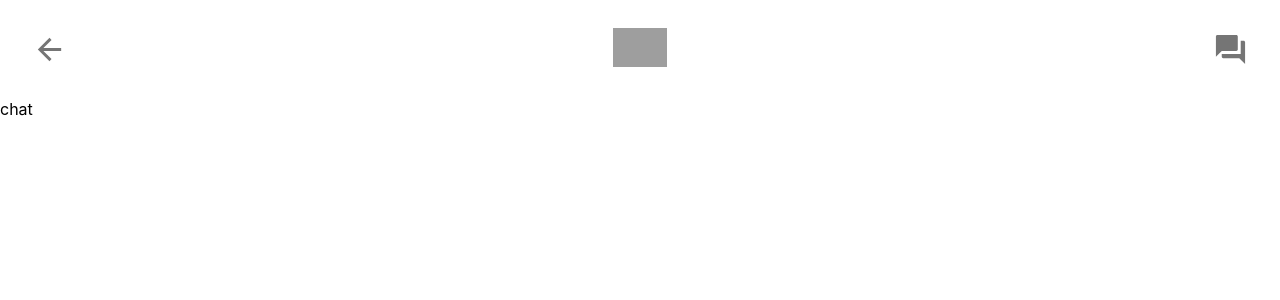
Repository: mminhaz93/React-Tinder-Clone
Page: /chat
The author's editor kept a copy of each file at every save. The page is drawn from the files as they stood at one save, then again after the next save.
The browser window is 1280 px wide. The pictures show the whole page.
Pictures or frames that could not be fetched are drawn as grey boxes. The page's requests for data from a server got no answer. The project was rebuilt for these pictures with package versions that can differ from the ones it lists, and the page was loaded fresh each time. No one was signed in, and anything a server would have sent is missing. Also part of the build but not shown: src/App.css, src/components/tinderCards/TinderCards.css, src/utils/firebase.js, src/components/tinderCards/TinderCards.js, src/components/swipeButtons/SwipeButtons.css, src/components/swipeButtons/SwipeButtons.js.

Above is the page before, as saved 2020-08-23 19:44:08.

### public/index.html
<!DOCTYPE html>
<html lang="en">
  <head>
    <meta charset="utf-8" />
    <meta name="viewport" content="width=device-width, initial-scale=1" />
    <meta name="theme-color" content="#000000" />
    <meta
      name="description"
      content="Web site created using create-react-app"
    />
    <title>React Tinder App</title>
  </head>
  <body>
    <noscript>You need to enable JavaScript to run this app.</noscript>
    <div id="root"></div>
  </body>
</html>

### src/App.js
import React from "react";
import "./App.css";
import { BrowserRouter as Router, Switch, Route } from "react-router-dom";
import Header from "./components/header/Header";
import TinderCards from "./components/tinderCards/TinderCards";
import SwipeButtons from "./components/swipeButtons/SwipeButtons";

function App() {
  return (
    <div className="App">
      <Router>
        <Header backButton="/"/>
        <Switch>
          <Route exact path="/">
            <TinderCards />
            <SwipeButtons />
          </Route>
        </Switch>
        <Switch>
          <Route path="/chat">chat</Route>
        </Switch>
      </Router>
    </div>
  );
}

export default App;

### src/components/header/Header.js
import React from "react";
import "./Header.css";
import { Person, Forum, ArrowBack } from "@material-ui/icons";
import { IconButton } from "@material-ui/core";
import { Link, useHistory } from "react-router-dom";

const Header = ({ backButton }) => {
  const history = useHistory();
  return (
    <div className="header">
      {backButton ? (
        <IconButton onClick={() => history.replace(backButton)}>
          <ArrowBack fontSize="large" className="headerIcon" />
        </IconButton>
      ) : (
        <IconButton>
          <Person className="headerIcon" fontSize="large" />
        </IconButton>
      )}
      <Link to="/">
        <img
          className="headerLogo"
          src="https://1000logos.net/wp-content/uploads/2018/07/tinder-logo.png"
          alt="logo"
        />
      </Link>
      <Link to="/chat">
        <IconButton>
          <Forum className="headerIcon" fontSize="large" />
        </IconButton>
      </Link>
    </div>
  );
};

export default Header;

### src/components/header/Header.css
.header {
  display: flex;
  align-items: center;
  justify-content: space-between;
}

.headerLogo {
  height: 40px;
  object-fit: contain;
}

.headerIcon{
    padding: 20px;
}

Loaded but not shown: src/index.js (common file); src/index.css (common file)

After the next save:
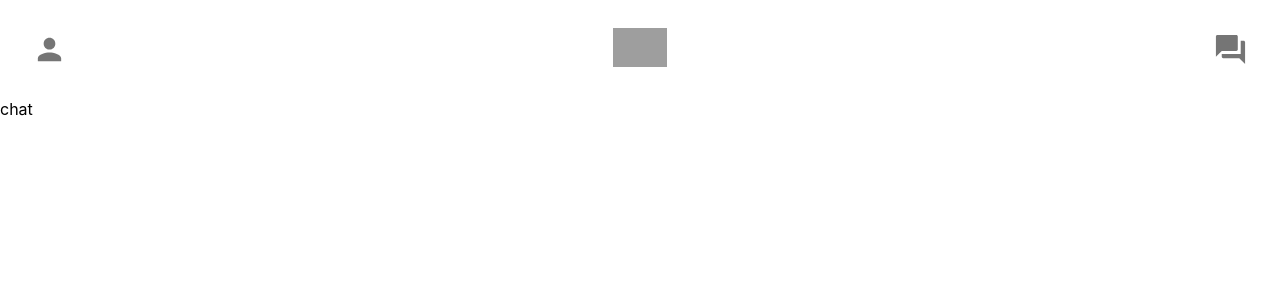
Saved 3 min 29 s later.
--- a/src/App.js
+++ b/src/App.js
@@ -9,7 +9,7 @@
   return (
     <div className="App">
       <Router>
-        <Header backButton="/"/>
+        <Header/>
         <Switch>
           <Route exact path="/">
             <TinderCards />

After the save that followed:
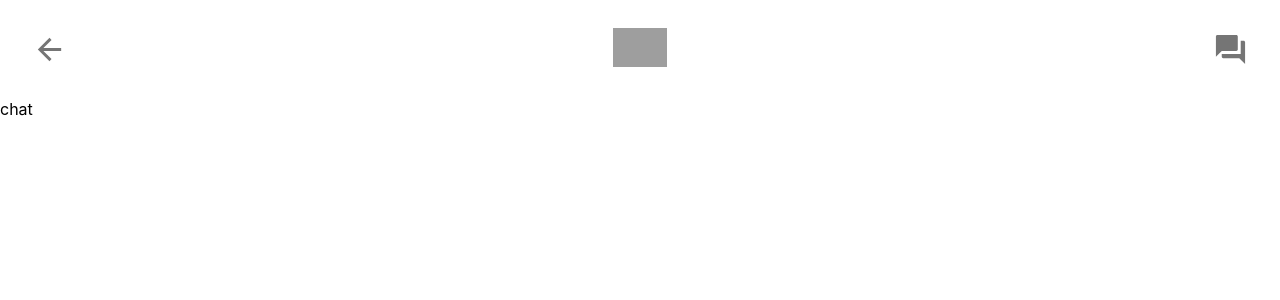
Saved 7 s later.
--- a/src/App.js
+++ b/src/App.js
@@ -9,7 +9,7 @@
   return (
     <div className="App">
       <Router>
-        <Header/>
+        <Header backButton="/"/>
         <Switch>
           <Route exact path="/">
             <TinderCards />
